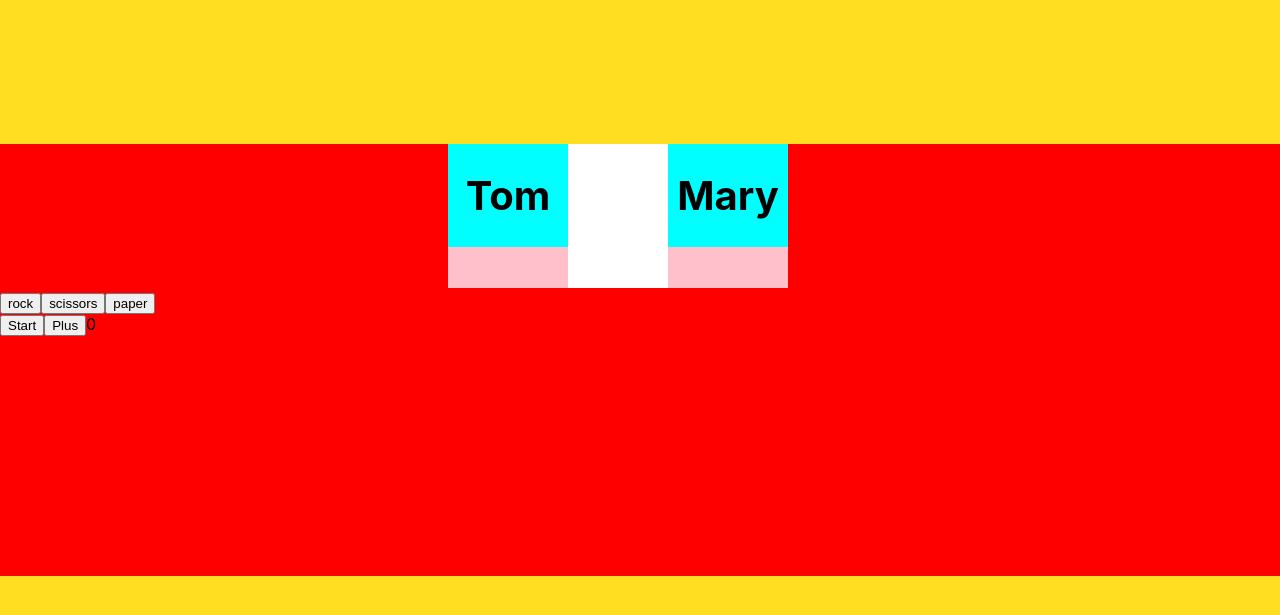
Repository: K009/Rock-Paper-Scissors
Page: /
These files come from the project's save history. The page is drawn as it stood at one moment and after the next save; the edit follows.
The browser window is 1280 px wide. The pictures show the whole page.
The project was rebuilt for these pictures with package versions that can differ from the ones it lists, and the page was loaded fresh each time.

Above is the page before, as saved 2020-05-13 09:10:06.

After the next save:
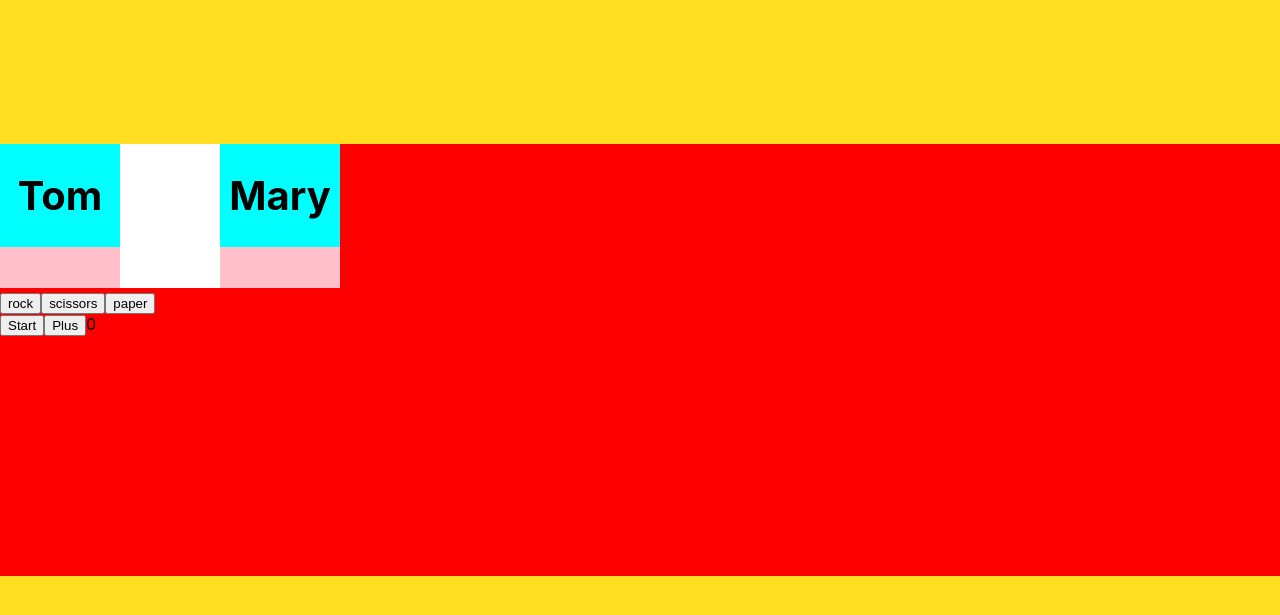
Saved 16 s later.
--- a/src/App.css
+++ b/src/App.css
@@ -16,7 +16,7 @@
   background-color: pink;
   text-align: center;
   display: inline-block;
-  margin-left: 35%;
+  left: 50%;
 }
 
 .break {
